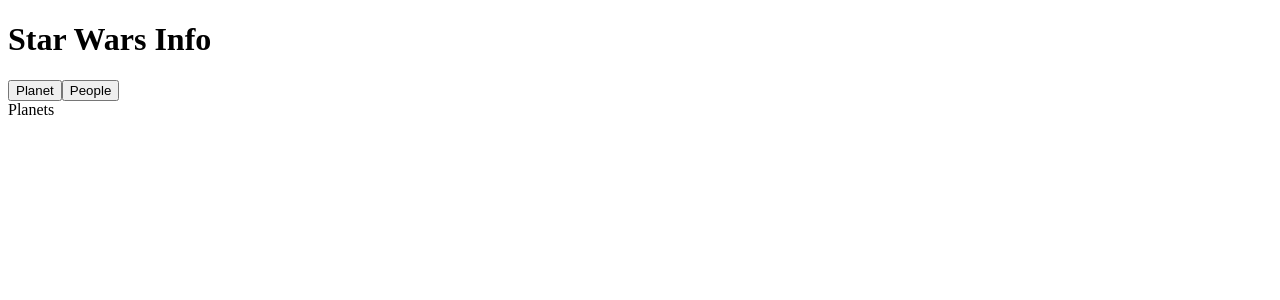
Repository: mireu-san/jikan-react-query
Page: /, after clicking the first element matching `button`
The author's editor kept a copy of each file at every save. The page is drawn from the files as they stood at one save, then again after the next save.
The browser window is 1280 px wide. The pictures show the whole page.
The project was rebuilt for these pictures with package versions that can differ from the ones it lists, and the page was loaded fresh each time.

Above is the page before, as saved 2022-11-29 19:26:27.

### src/index.js
import React from "react";
import ReactDOM from "react-dom";
import App from "./App";
import { QueryClient, QueryClientProvider } from "react-query";

const queryClient = new QueryClient();

ReactDOM.render(
  <React.StrictMode>
    <QueryClientProvider client={queryClient}>
      <App />
    </QueryClientProvider>
  </React.StrictMode>,
  document.getElementById("root")
);

### src/App.js
import React, { useState } from "react";
import Navbar from "./components/Navbar";
import Planets from "./components/Planets";
import People from "./components/People";

function App() {
  const [page, setPage] = useState();

  return (
    <div className="App">
      <h1>Star Wars Info</h1>
      <Navbar setPage={setPage} />
      <div className="content">
        {page === "planets" ? <Planets /> : <People />}
      </div>
    </div>
  );
}
export default App;

// import { BrowserRouter as Router, Routes, Route } from "react-router-dom";
// import { Home } from "./Home";
// import { QueryClient, QueryClientProvider } from "@tanstack/react-query";

// function App() {
//   const client = new QueryClient({
//     defaultOptions: {
//       queries: {
//         refetchOnWindowFocus: true,
//       },
//     },
//   });
//   return (
//     <div className="App">
//       <QueryClientProvider client={client}>
//         <Router>
//           <Routes>
//             <Route path="/" element={<Home />} />
//             <Route path="*" element={<h1> PAGE NOT FOUND</h1>} />
//           </Routes>
//         </Router>
//       </QueryClientProvider>
//     </div>
//   );
// }

// export default App;

### src/components/Navbar.js
import React from "react";

const Navbar = ({ setPage }) => {
  return (
    <nav>
      <button onClick={() => setPage("planets")}>Planet</button>
      <button onClick={() => setPage("people")}>People</button>
    </nav>
  );
};

export default Navbar;

### src/components/Planets.js
import React from "react";

export default function Planets() {
  return <div>Planets</div>;
}

### src/components/People.js
import React from "react";

export default function People() {
  return <div>People</div>;
}

Loaded but not shown: public/index.html (common file)

After the next save:
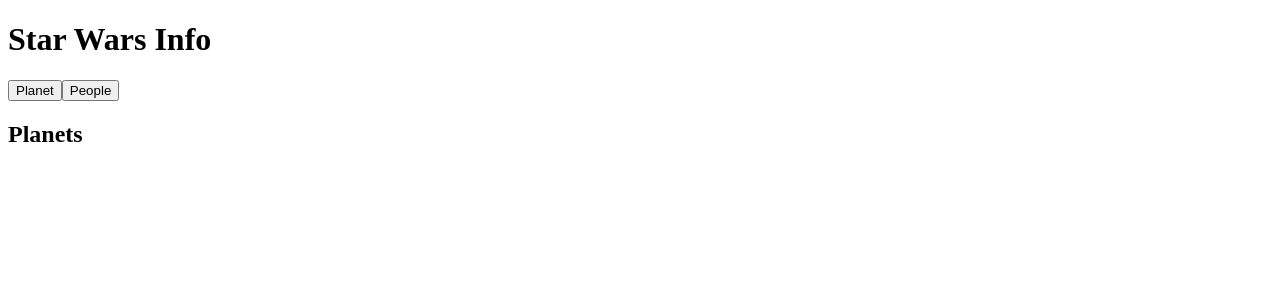
Saved 61 s later.
--- a/src/components/Planets.js
+++ b/src/components/Planets.js
@@ -1,5 +1,11 @@
 import React from "react";
 
-export default function Planets() {
-  return <div>Planets</div>;
-}
+const Planets = () => {
+  return (
+    <div>
+      <h2>Planets</h2>
+    </div>
+  );
+};
+
+export default Planets;
